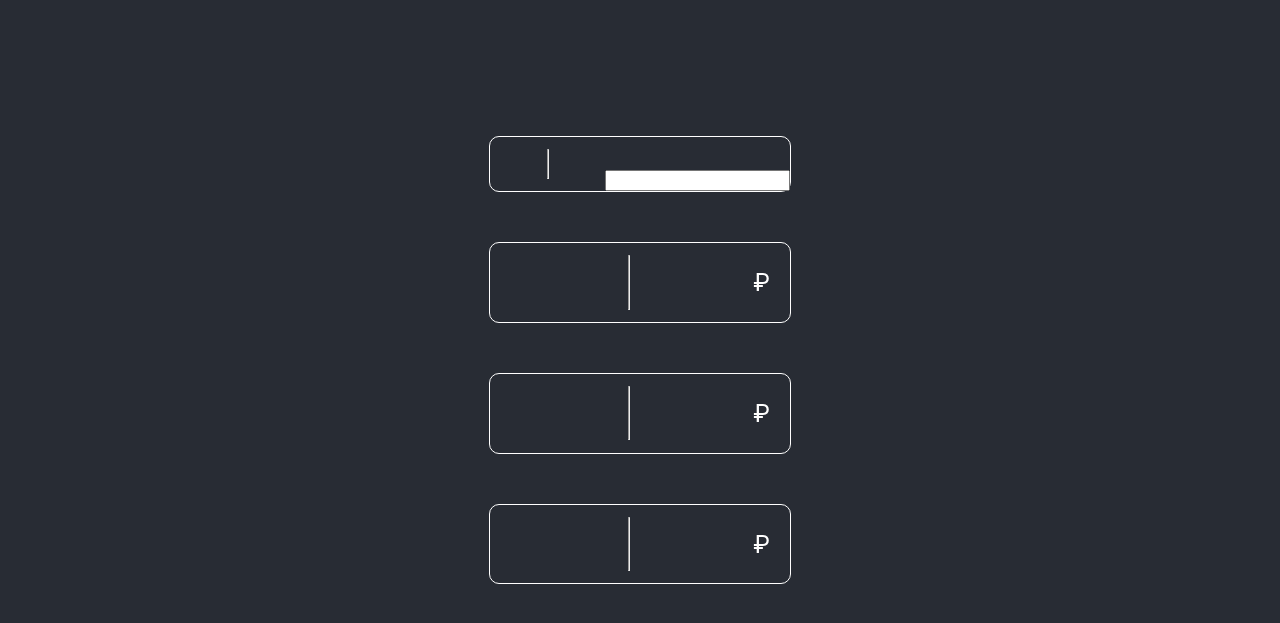
Repository: bandikost/capers
Page: /main
These files come from the project's save history. The page is drawn as it stood at one moment and after the next save; the edit follows.
The browser window is 1280 px wide. The pictures show the whole page.
The page's requests for data from a server got no answer. The project was rebuilt for these pictures with package versions that can differ from the ones it lists, and the page was loaded fresh each time. No one was signed in, and anything a server would have sent is missing.

Above is the page before, as saved 2023-04-10 12:52:33.

### src/App.js
import logo from './logo.svg';
import './App.css';
import { BrowserRouter, Routes, Route } from "react-router-dom";
import Main from './components/Main';



function App() {
  return (
    <div className="App">
      <header className="App-header">
      <BrowserRouter >
        <Routes>
            <Route path='/main' element={<Main />}/>

        </Routes>
      </BrowserRouter>
      </header>
    </div>
  );
}

export default App;

### src/App.css
.App {
  text-align: center;
}

.App-logo {
  height: 40vmin;
  pointer-events: none;
}


.App-header {
  background-color: #282c34;
  min-height: 100vh;
  display: flex;
  flex-direction: column;
  align-items: center;
  justify-content: center;
  font-size: calc(10px + 2vmin);
  color: white;
}

.App-link {
  color: #61dafb;
}


.table {
  height: auto;
  margin: 0 auto 0;
}

.cell {
  border: 1px solid white;
  border-radius: 10px;
  width: 300px;
  margin: 50px 0px;
  display: flex;
  justify-content: space-between;
}

.cell p {
  padding: 0 20px;
}

### src/components/Main.jsx
import React, { useState, useEffect } from "react";
import firebase from "../firebase";
import UserInput from "./UserInput";

export const Main = () => {
  const [name, setName] = useState({});
  const [balance, setbalance] = useState({});

  useEffect(() => {
    const balanceRef = firebase.database().ref("balance");
    balanceRef.on("value", (snapshot) => {
      const data = snapshot.val();
      setbalance(data);
    });

    const nameRef = firebase.database().ref("name");
    nameRef.on("value", (snapshot) => {
      const data = snapshot.val();
      setName(data);
    });
  }, []);

  const getHighestBalanceUser = () => {
    const users = Object.keys(balance);
    let highestBalance = -Infinity;
    let highestBalanceUser = "";
    users.forEach((user) => {
      if (balance[user] > highestBalance) {
        highestBalance = balance[user];
        highestBalanceUser = user;
      }
    });
    return highestBalanceUser;
  };

  return (
    <div className="table">
      <div className="cell">
        <p>{name.user1}</p>
        <hr />
        <p>{balance.user1}</p>
        <UserInput userId="user1" name={name.user1} balance={balance.user1} />
      </div>
      <div className="cell">
        <p>{name.user2}</p>
        <hr />
        <p>{balance.user2}<span style={{marginLeft: "5px"}}>₽</span></p>
      </div>
      <div className="cell">
        <p>{name.user3}</p>
        <hr />
        <p>{balance.user3}<span style={{marginLeft: "5px"}}>₽</span></p>
      </div>
      <div className="cell">
        <p>{name.user4}</p>
        <hr />
        <p>{balance.user4}<span style={{marginLeft: "5px"}}>₽</span></p>

        </div>
        </div>

  )
}
  export default Main;

### src/firebase.js

import "firebase/database";
import firebase from "firebase/compat/app";
import "firebase/compat/database";
import { getAuth } from "firebase/auth";
import { getFirestore } from "firebase/firestore";
import { getStorage, ref } from "firebase/storage";


const firebaseConfig = {
    apiKey: "AIzaSyBp1x8lQCSbuPwbK_sXJ7eGkGpN9c7ONY8",
    authDomain: "capers-a3171.firebaseapp.com",
    databaseURL: "https://capers-a3171-default-rtdb.europe-west1.firebasedatabase.app",
    projectId: "capers-a3171",
    storageBucket: "capers-a3171.appspot.com",
    messagingSenderId: "794243042023",
    appId: "1:794243042023:web:668504b8bdcbe9b7c63042",
    measurementId: "G-7YW48MQCSP"
  };

firebase.initializeApp(firebaseConfig);

export const auth = getAuth();
export const storage = getStorage()
export const db = getFirestore();
export default firebase;

### src/components/UserInput.js
import React, { useState } from "react";

const UserInput = ({ user, name, balance, onChange }) => {
  const [inputName, setInputName] = useState(name);
  const [inputBalance, setInputBalance] = useState(balance);

  const handleNameChange = (e) => {
    setInputName(e.target.value);
  };

  const handleBalanceChange = (e) => {
    setInputBalance(e.target.value);
  };

  return (
    <div>
      <p>{inputBalance}</p>
      <input type="number" value={inputBalance} onChange={handleBalanceChange} />
    </div>
  );
};

export default UserInput;

Loaded but not shown: public/index.html (common file); src/index.js (common file); src/index.css (common file); src/reportWebVitals.js (common file)

After the next save:
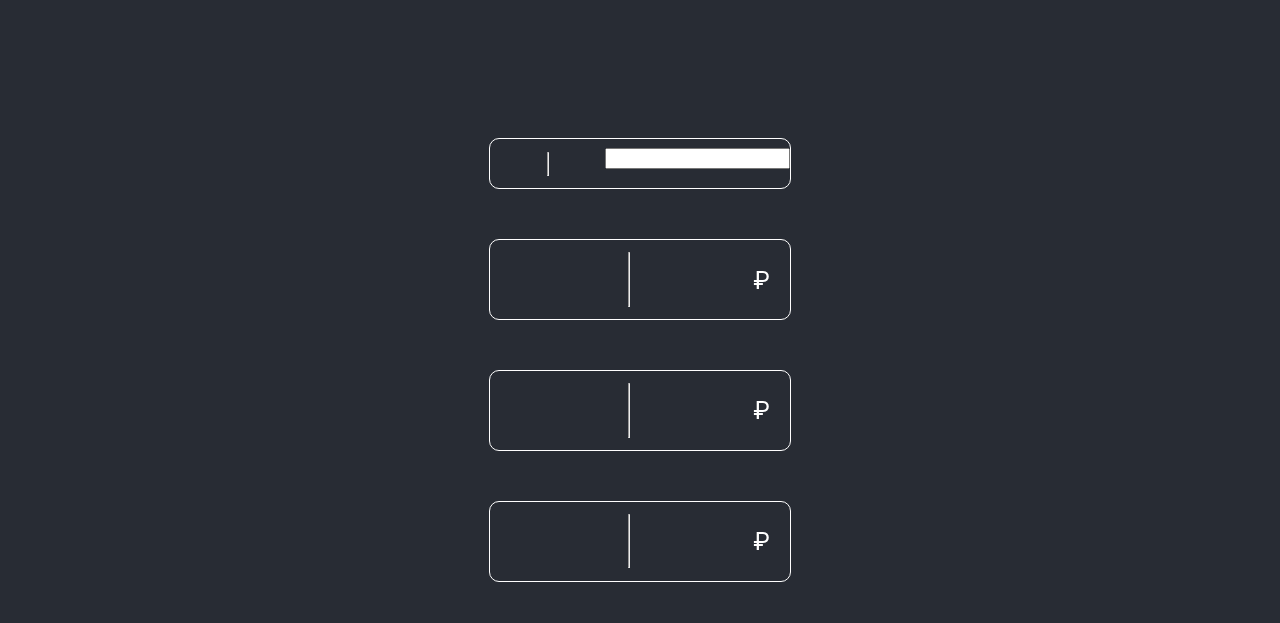
Saved 10 s later.
--- a/src/components/UserInput.js
+++ b/src/components/UserInput.js
@@ -14,7 +14,6 @@
 
   return (
     <div>
-      <p>{inputBalance}</p>
       <input type="number" value={inputBalance} onChange={handleBalanceChange} />
     </div>
   );

After the save that followed:
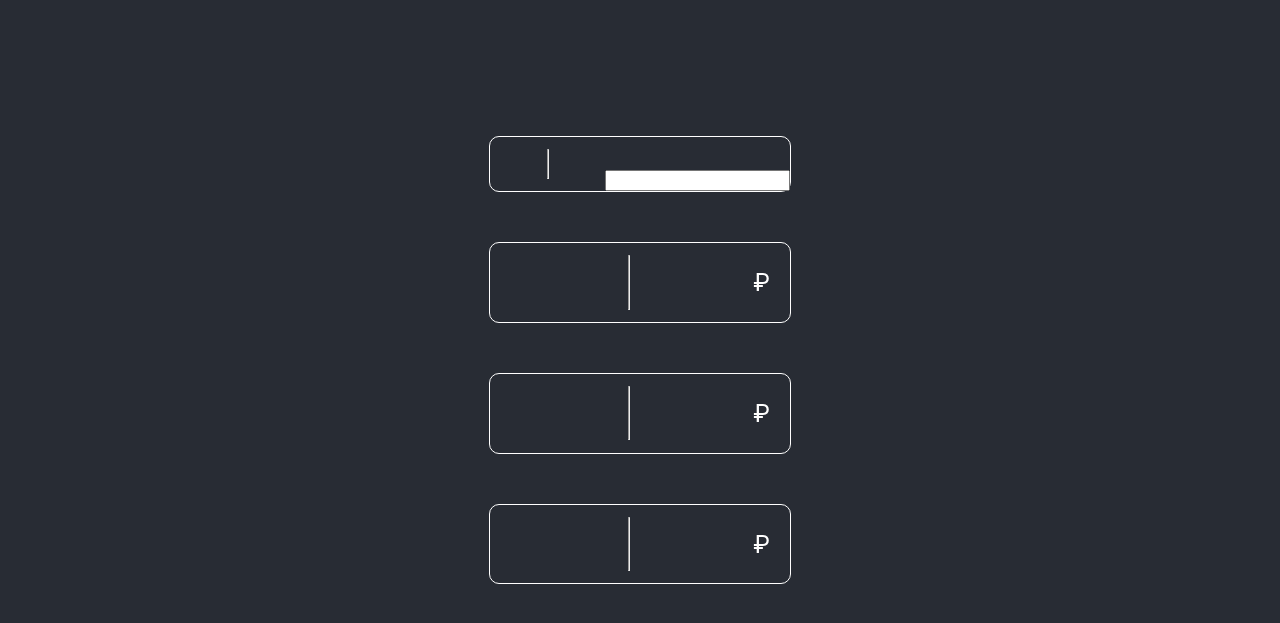
Saved 8 s later.
--- a/src/components/UserInput.js
+++ b/src/components/UserInput.js
@@ -14,6 +14,7 @@
 
   return (
     <div>
+      <p>{inputBalance}</p>
       <input type="number" value={inputBalance} onChange={handleBalanceChange} />
     </div>
   );
